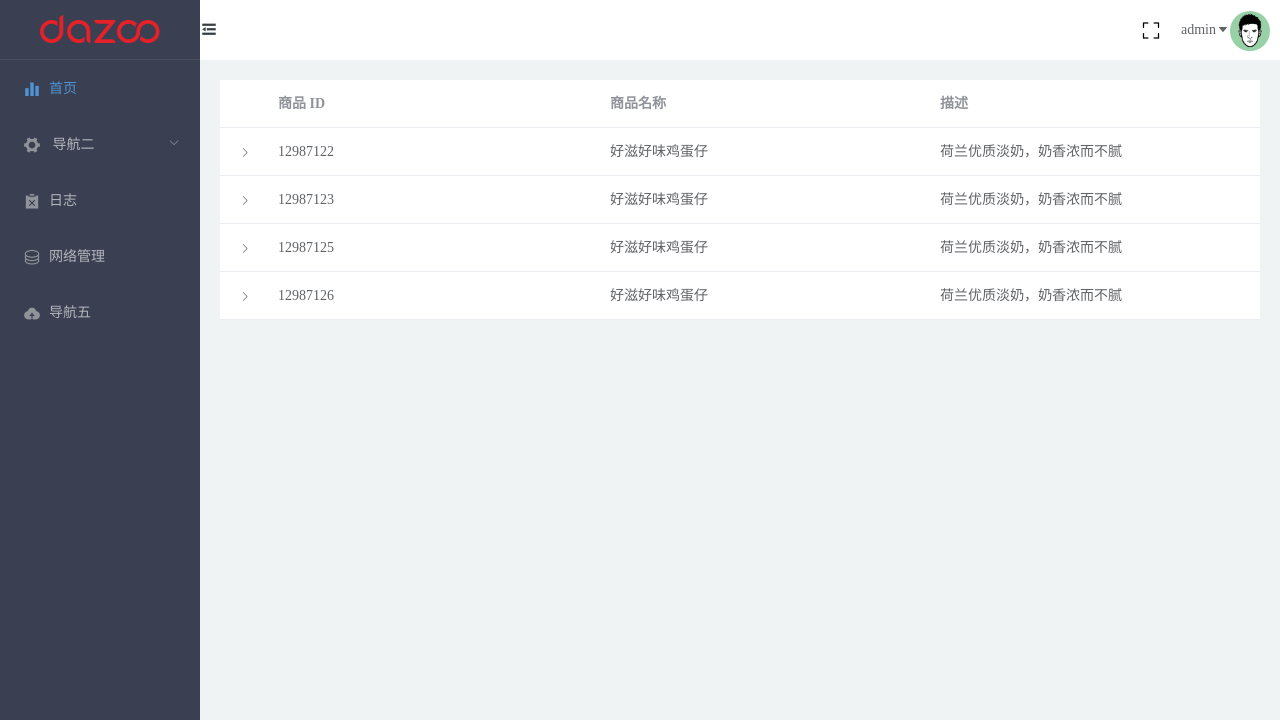
Repository: TomGodb/dazoo-admin
Page: /#/Home
These files come from the project's save history. The page is drawn as it stood at one moment and after the next save; the edit follows.
The browser window is 1280 px wide. The pictures show the whole page.
The project was rebuilt for these pictures with package versions that can differ from the ones it lists, and the page was loaded fresh each time. Also part of the build but not shown: vue.config.js, src/components/SlideVerify/index.vue, src/utils/request.js, src/views/login/http.js, src/views/login/index.vue.

Above is the page before, as saved 2021-01-23 14:02:39.

After the next save:
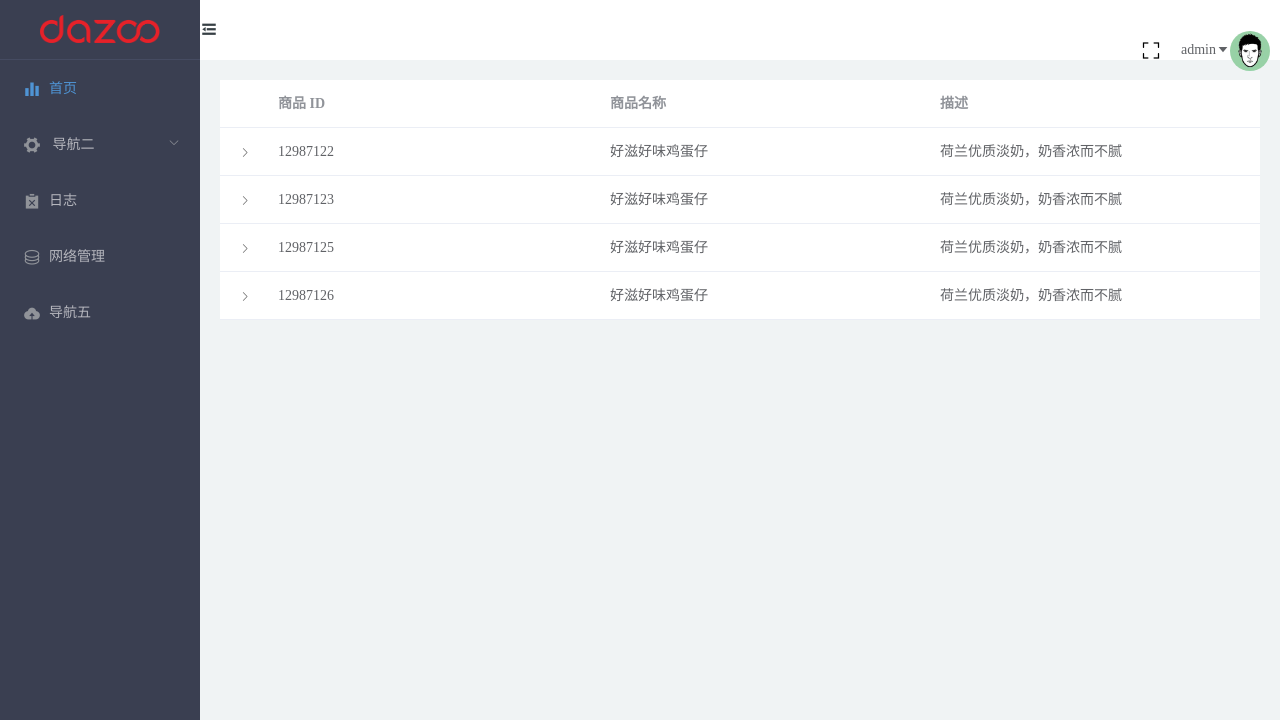
Saved 12 s later.
--- a/src/Home/Header/index.vue
+++ b/src/Home/Header/index.vue
@@ -46,6 +46,7 @@ export default {
 }
 .sideCollapse-right {
   float: right;
+  padding: 20px 0px 0px 0px;
 }
 
 </style>
